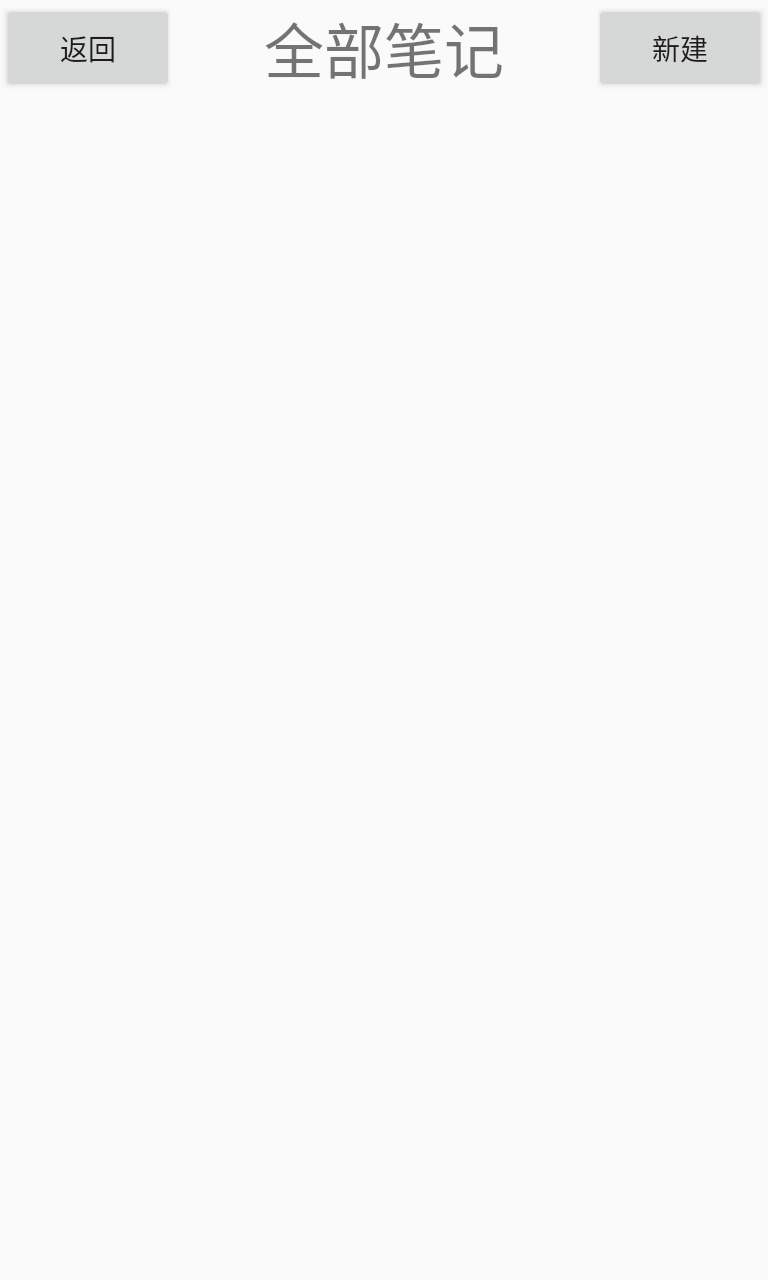
Repository: mxfpaul/Test
Layout: Note/MyNote2/res/layout/deletenote.xml
The author's editor kept a copy of each file at every save. The layout is drawn from the files as they stood at one save, then again after the next save.
It is drawn on a 768 x 1280 px phone screen (xhdpi) without system bars, with theme AppTheme; the app's code is not run. Lists and similar views that code fills are empty.

Above is the layout before, as saved 2014-11-23 04:10:35.

### Note/MyNote2/res/layout/deletenote.xml
<?xml version="1.0" encoding="utf-8"?>
<LinearLayout xmlns:android="http://schemas.android.com/apk/res/android"
    android:layout_width="match_parent"
    android:layout_height="match_parent"
    android:orientation="vertical" >

    <LinearLayout
        android:layout_width="match_parent"
        android:layout_height="wrap_content"
        android:orientation="horizontal" >

        <Button
            android:id="@+id/delete_button_back"
            android:layout_width="wrap_content"
            android:layout_height="wrap_content"
            android:text="@string/delete_button_text1" />

        <TextView
            android:id="@+id/delete_textview_all"
            android:layout_width="0dp"
            android:layout_height="wrap_content"
            android:layout_gravity="center"
            android:layout_weight="1"
            android:gravity="center"
            android:text="@string/home_textview_text"
            android:textSize="30sp" />

        <Button
            android:id="@+id/home_button_new"
            android:layout_width="wrap_content"
            android:layout_height="wrap_content"
            android:text="@string/home_button_text2" />
    </LinearLayout>

    <ListView
        android:id="@+id/home_listview_1"
        android:layout_width="match_parent"
        android:layout_height="fill_parent" >
    </ListView>

</LinearLayout>

### Note/MyNote2/res/values/strings.xml
<?xml version="1.0" encoding="utf-8"?>
<resources>

    <string name="app_name">MyNote2</string>
    <string name="hello_world">Hello world!</string>
    <string name="action_settings">Settings</string>
    <string name="home_button_text1">编辑</string>
    <string name="home_button_text2">新建</string>
    <string name="home_textview_text">全部笔记</string>
    <string name="new_button_text1">返回</string>
    <string name="new_button_text2">完成</string>
    <string name="new_textview_text">新笔记</string>
    <string name="new_edittext_text1">请输入标题</string><string name="new_edittext_text2">请输入内容</string><string name="view_button_text1">返回</string>
    <string name="view_button_text2">更改</string>
    <string name="view_textview_text">笔记详情</string>
    <string name="delete_button_text1">返回</string>
    <string name="delete_button_text2">删除</string>
    <string name="delete_textview_text">笔记编辑</string>



</resources>

Loaded but not shown: Note/MyNote2/res/values/styles.xml (common file); Note/MyNote2/res/values-v11/styles.xml (common file); Note/MyNote2/res/values-v14/styles.xml (common file)

After the next save:
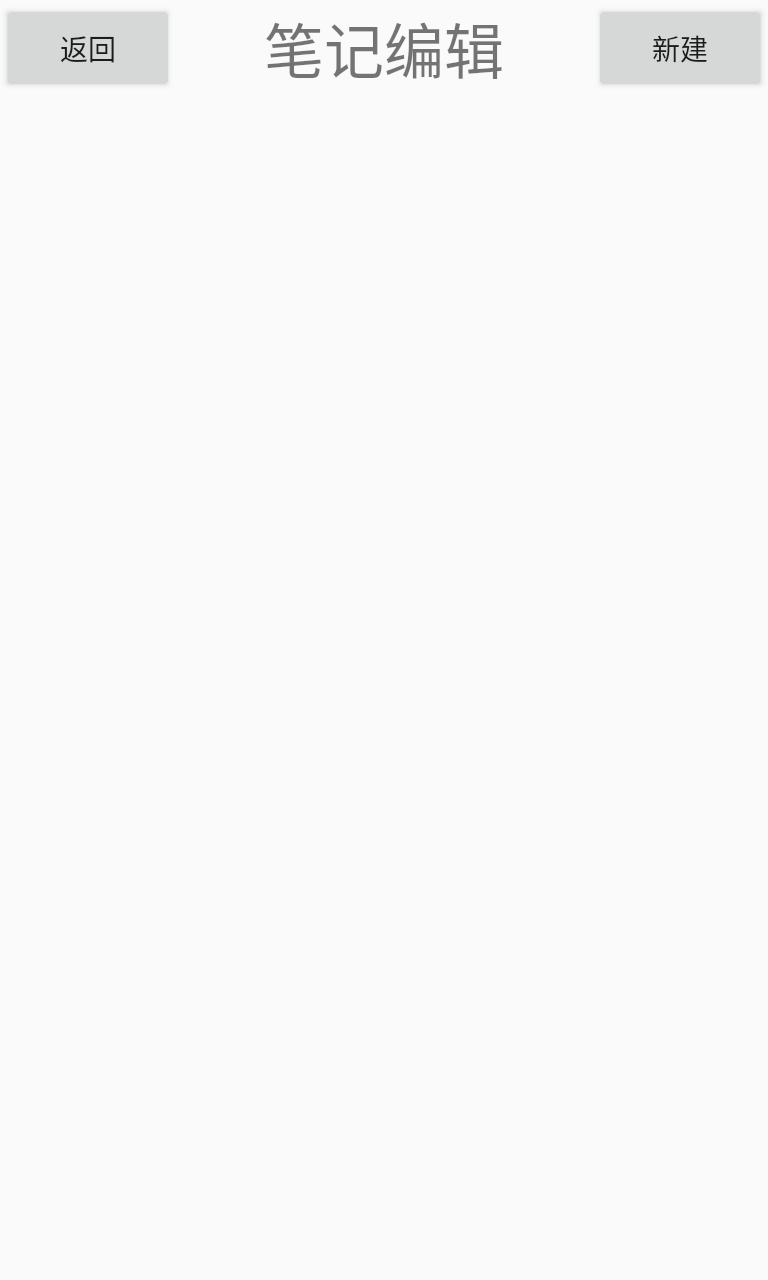
Saved 18 s later.
--- a/Note/MyNote2/res/layout/deletenote.xml
+++ b/Note/MyNote2/res/layout/deletenote.xml
@@ -16,13 +16,13 @@
             android:text="@string/delete_button_text1" />
 
         <TextView
-            android:id="@+id/delete_textview_all"
+            android:id="@+id/delete_textview_1"
             android:layout_width="0dp"
             android:layout_height="wrap_content"
             android:layout_gravity="center"
             android:layout_weight="1"
             android:gravity="center"
-            android:text="@string/home_textview_text"
+            android:text="@string/delete_textview_text"
             android:textSize="30sp" />
 
         <Button
